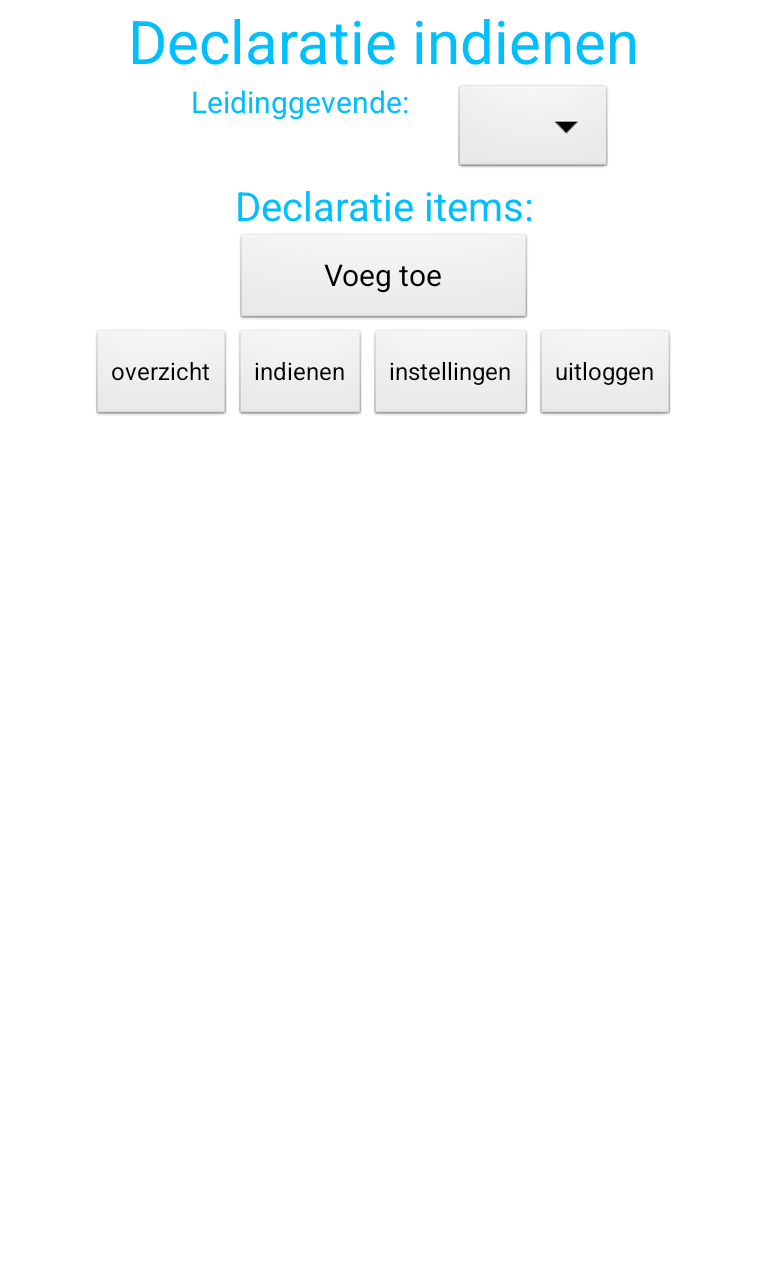
Repository: alexanderbolhuis/ilmoitus_mobile
Layout: LoginActivity/res/layout/activity_declare.xml
An editor plug-in stored every save of this project. The layout is shown before and after the next save, followed by the edit.
It is drawn on a 768 x 1280 px phone screen (xhdpi) without system bars, with theme AppTheme; the app's code is not run.

Above is the layout before, as saved 2014-05-04 20:50:05.

After the next save:
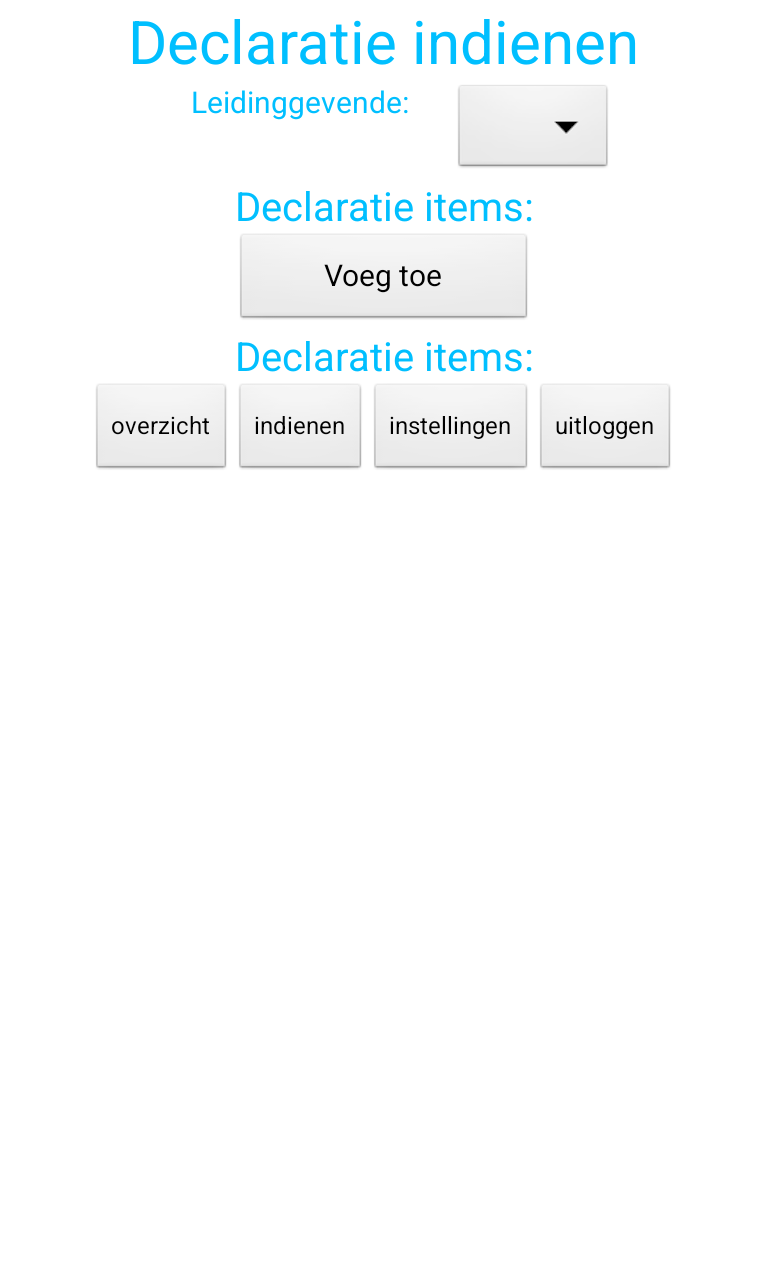
Saved 67 s later.
--- a/LoginActivity/res/layout/activity_declare.xml
+++ b/LoginActivity/res/layout/activity_declare.xml
@@ -67,7 +67,7 @@
         android:gravity="center" /> -->
 
         <TableRow
-            android:id="@+id/tableRow2"
+            android:id="@+id/tableRow3"
             android:layout_width="match_parent"
             android:layout_height="wrap_content"
             android:gravity="center_horizontal">
@@ -79,6 +79,21 @@
 		        android:gravity="center"
 		        android:textSize="15dp" />
         </TableRow>
+
+        <TableRow
+            android:id="@+id/tableRow4"
+            android:layout_width="match_parent"
+            android:layout_height="wrap_content"
+            android:gravity="center_horizontal">
+
+            <TextView
+		        android:layout_width="match_parent"
+		        android:layout_height="wrap_content"
+		        android:text="Declaratie items:"
+		        android:textColor="#00BFFF"
+		        android:gravity="center"
+		        android:textSize="20dp" />
+       </TableRow>
 
 	</TableLayout>
 
